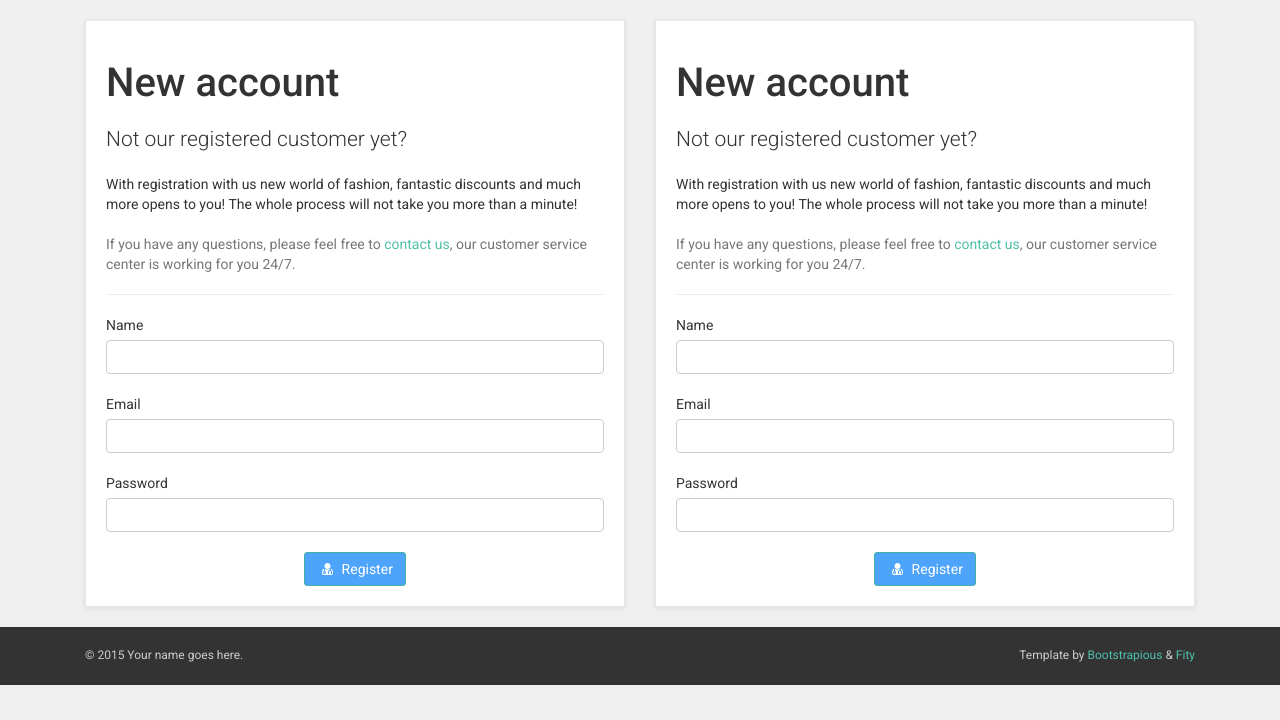
Repository: Sagnikb9/JavaDevops-Ecommerce
Page: http://localhost/MedioxyPharm/register
These files come from the project's save history. The page is drawn as it stood at one moment and after the next save; the edit follows.
The browser window is 1280 px wide. The pictures show the whole page.
The page is served by Tomcat 9.

Above is the page before, as saved 2017-10-01 23:26:43.

After the next save:
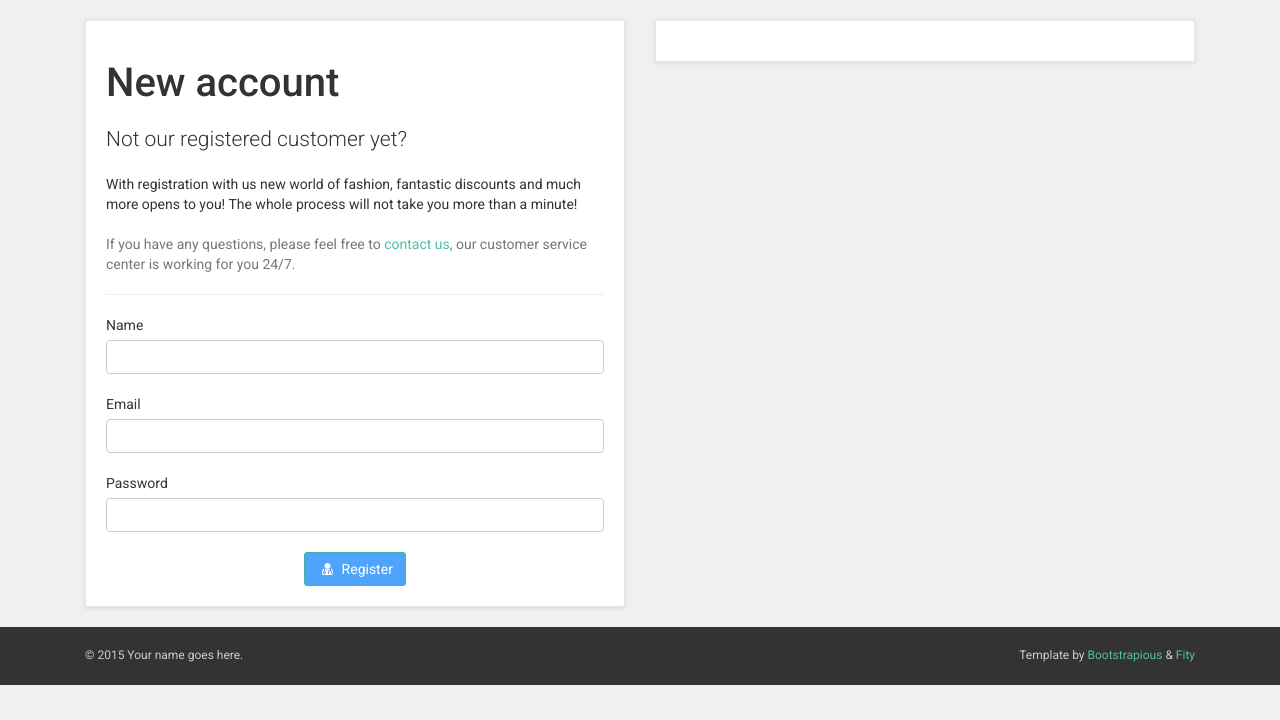
Saved 40 s later.
--- a/MedioxyPharm/src/main/webapp/WEB-INF/views/register.jsp
+++ b/MedioxyPharm/src/main/webapp/WEB-INF/views/register.jsp
@@ -91,31 +91,7 @@
 
 <div class="col-md-6">
                     <div class="box">
-                        <h1>New account</h1>
 
-                        <p class="lead">Not our registered customer yet?</p>
-                        <p>With registration with us new world of fashion, fantastic discounts and much more opens to you! The whole process will not take you more than a minute!</p>
-                        <p class="text-muted">If you have any questions, please feel free to <a href="contact.html">contact us</a>, our customer service center is working for you 24/7.</p>
-
-                        <hr>
-
-                        <form action="customer-orders.html" method="post">
-                            <div class="form-group">
-                                <label for="name">Name</label>
-                                <input type="text" class="form-control" id="name">
-                            </div>
-                            <div class="form-group">
-                                <label for="email">Email</label>
-                                <input type="text" class="form-control" id="email">
-                            </div>
-                            <div class="form-group">
-                                <label for="password">Password</label>
-                                <input type="password" class="form-control" id="password">
-                            </div>
-                            <div class="text-center">
-                                <button type="submit" class="btn btn-primary"><i class="fa fa-user-md"></i> Register</button>
-                            </div>
-                        </form>
                     </div>
                 </div>
 
